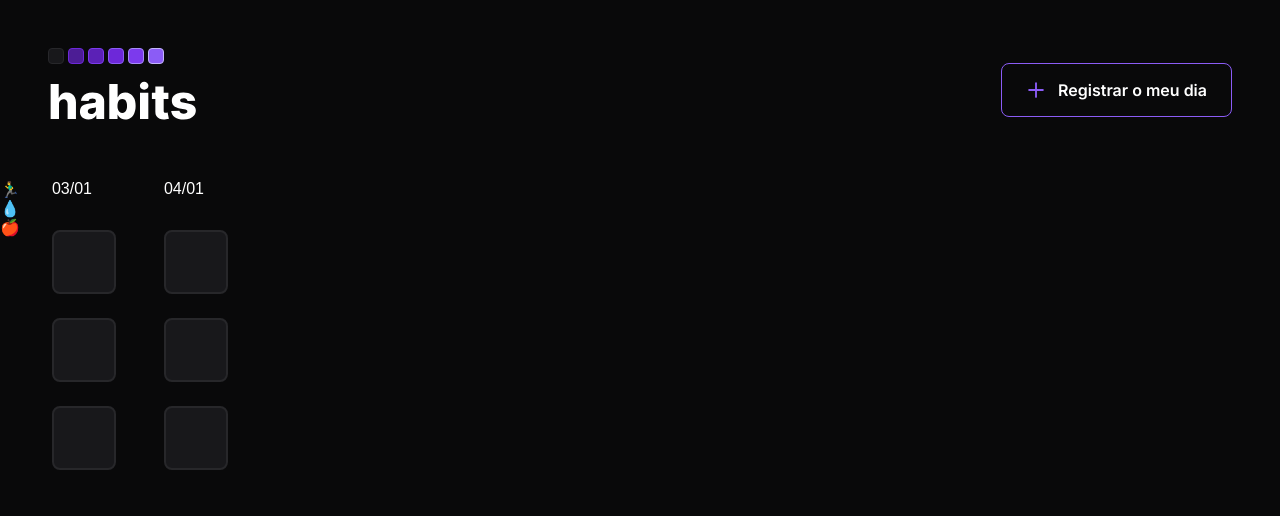
Repository: AntonyCosta/nlw-setup
Page: index.html
An editor plug-in stored every save of this project. The page is shown before and after a run of saves, followed by the edit.
The browser window is 1280 px wide. The pictures show the whole page.

Above is the page before, as saved 2023-01-18 03:54:10.

### index.html
<!DOCTYPE html>
<html lang="pt-br">
  <head>
    <meta charset="UTF-8" />
    <meta http-equiv="X-UA-Compatible" content="IE=edge" />
    <meta name="viewport" content="width=device-width, initial-scale=1.0" />
    <link rel="preconnect" href="https://fonts.googleapis.com" />
    <link rel="preconnect" href="https://fonts.gstatic.com" crossorigin />
    <link
      href="https://fonts.googleapis.com/css2?family=Inter:wght@600&display=swap"
      rel="stylesheet"
    />
    <link rel="stylesheet" href="style.css" />
    <title>Habits</title>
  </head>
  <body>
    <header>
      <img src="./assets/logo.svg" alt="" />
      <button>
        <img src="./assets/plus.svg" alt="" />
        Registrar o meu dia
      </button>
    </header>

    <form>
      <div class="habits">
        <div class="habit">🏃‍♂️</div>
        <div class="habit">💧</div>
        <div class="habit">🍎</div>
      </div>

      <div class="days">
        <div class="day">
          <div>03/01</div>
          <input type="checkbox" name="run" />
          <input type="checkbox" name="water" />
          <input type="checkbox" name="food" />
        </div>

        <div class="day">
          <div>04/01</div>
          <input type="checkbox" name="run" />
          <input type="checkbox" name="water" />
          <input type="checkbox" name="food" />
        </div>
      </div>
    </form>
  </body>
</html>

### style.css
* {
  margin: 0;
  padding: 0;
  box-sizing: border-box;
}

body {
  background-color: #09090a;
  color: white;

  /* display: grid;
  place-items: center; */

  height: 100vh;
}

header {
  display: flex;
  align-items: center;
  justify-content: space-between;

  padding: 48px;
}

button {
  padding: 16px 24px;
  border: 1px solid #8b5cf6;
  border-radius: 8px;
  background: transparent;
  color: #ffffff;

  display: flex;
  align-items: center;
  gap: 12px;

  font-family: "Inter", arial, sans-serif;
  font-weight: 600;
  font-size: 16px;
  line-height: 125%;
}

form {
  display: flex;
}

.days {
  display: flex;
  gap: 48px;
  margin-left: 32px;
}

.day {
  display: flex;
  flex-direction: column;
  gap: 24px;
}

.day div {
  margin-bottom: 8px;
  font-family: "Roboto Mono", sans-serif;
  fon
}

input {
  appearance: none;
  -webkit-appearance: none;

  width: 64px;
  height: 64px;

  border: 2px solid #27272a;
  border-radius: 8px;

  background: #18181b;
}

input:checked {
  background: #8b5cf6;
  border: 2px solid #a78bfa;
}

After the next 3 saves:
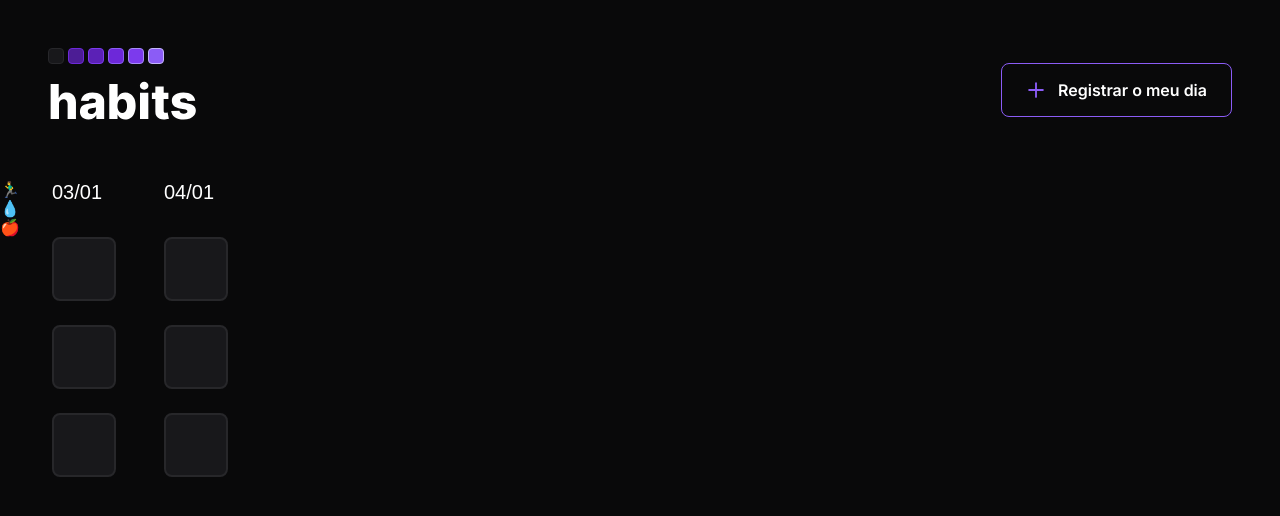
The 3 saves are shown as one change because they came seconds apart.
The last was saved 7 s later.
--- a/style.css
+++ b/style.css
@@ -58,7 +58,8 @@ form {
 .day div {
   margin-bottom: 8px;
   font-family: "Roboto Mono", sans-serif;
-  fon
+  font-size: 20px;
+  line-height: 125%;
 }
 
 input {
